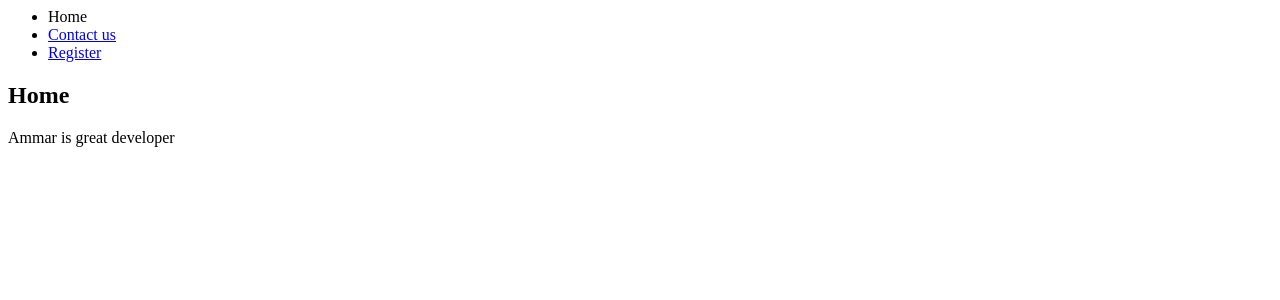
Repository: engammar111/css
Page: register.html
The author's editor kept a copy of each file at every save. The page is drawn from the files as they stood at one save, then again after the next save.
The browser window is 1280 px wide. The pictures show the whole page.

Above is the page before, as saved 2021-07-31 13:30:28.

### register.html
<html lang="en">
  <head>
    <title>css</title>
  </head>
  <body>
    <header>
      <nav>
        <ul>
          <li>Home</li>
          <li><a href="contact us">Contact us</a></li>
          <li><a href="register">Register</a></li>
        </ul>
      </nav>
    </header>
    <section>
      <h1>Home</h1>
      <p>Ammar is great developer</p>
    </section>
  </body>
</html>

After the next save:
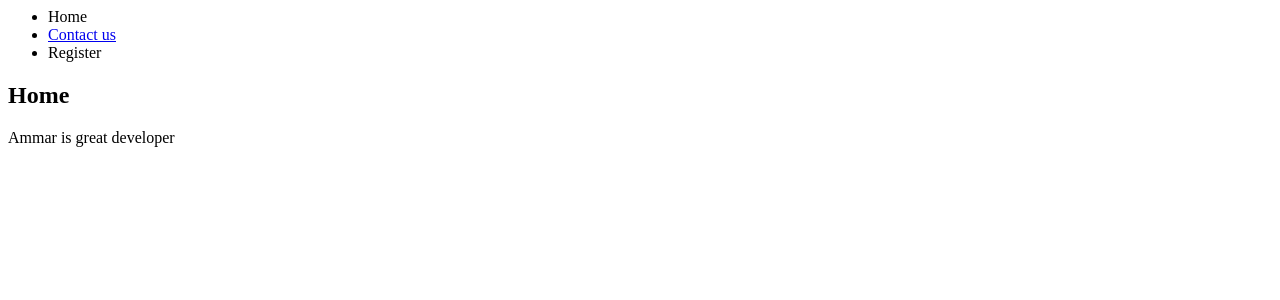
Saved 37 s later.
--- a/register.html
+++ b/register.html
@@ -6,9 +6,9 @@
     <header>
       <nav>
         <ul>
-          <li>Home</li>
-          <li><a href="contact us">Contact us</a></li>
-          <li><a href="register">Register</a></li>
+          <li> <a href="index.html"></a>Home </li>
+          <li><a href="contactus.html">Contact us</a></li>
+          <li>Register</a></li>
         </ul>
       </nav>
     </header>
